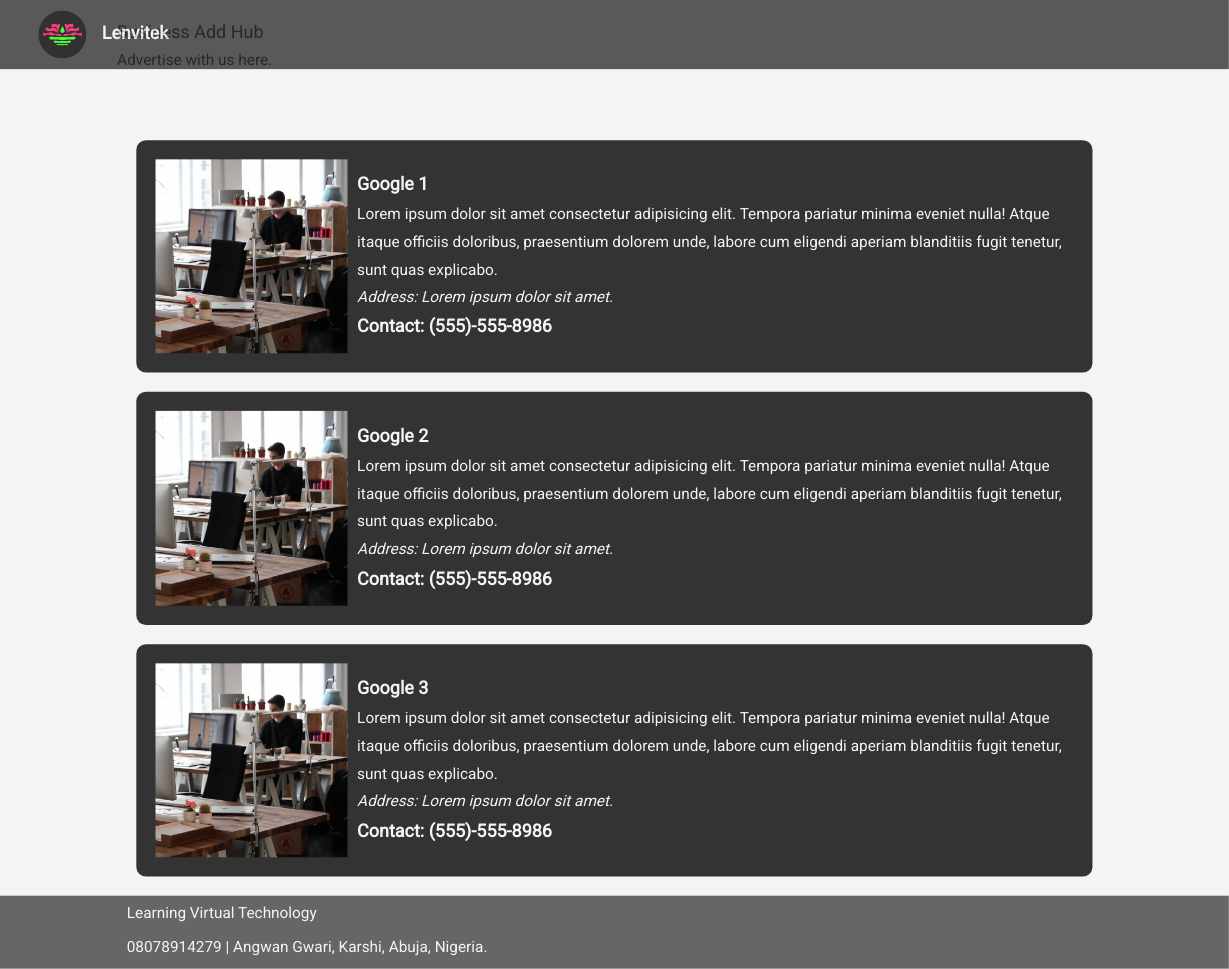
Repository: mxhdiqaim/lenviteck
Page: dist/businessAddHub.html
The author's editor kept a copy of each file at every save. The page is drawn from the files as they stood at one save, then again after the next save.
The browser window is 1280 px wide. The pictures show the whole page, at 96% of full size.
Some web libraries are served in a nearby version. The style sheet was rebuilt from its Sass, Less or Tailwind sources for each picture, by a compiler version that may differ from the author's.

Above is the page before, as saved 2021-05-07 16:11:53.

After the next save:
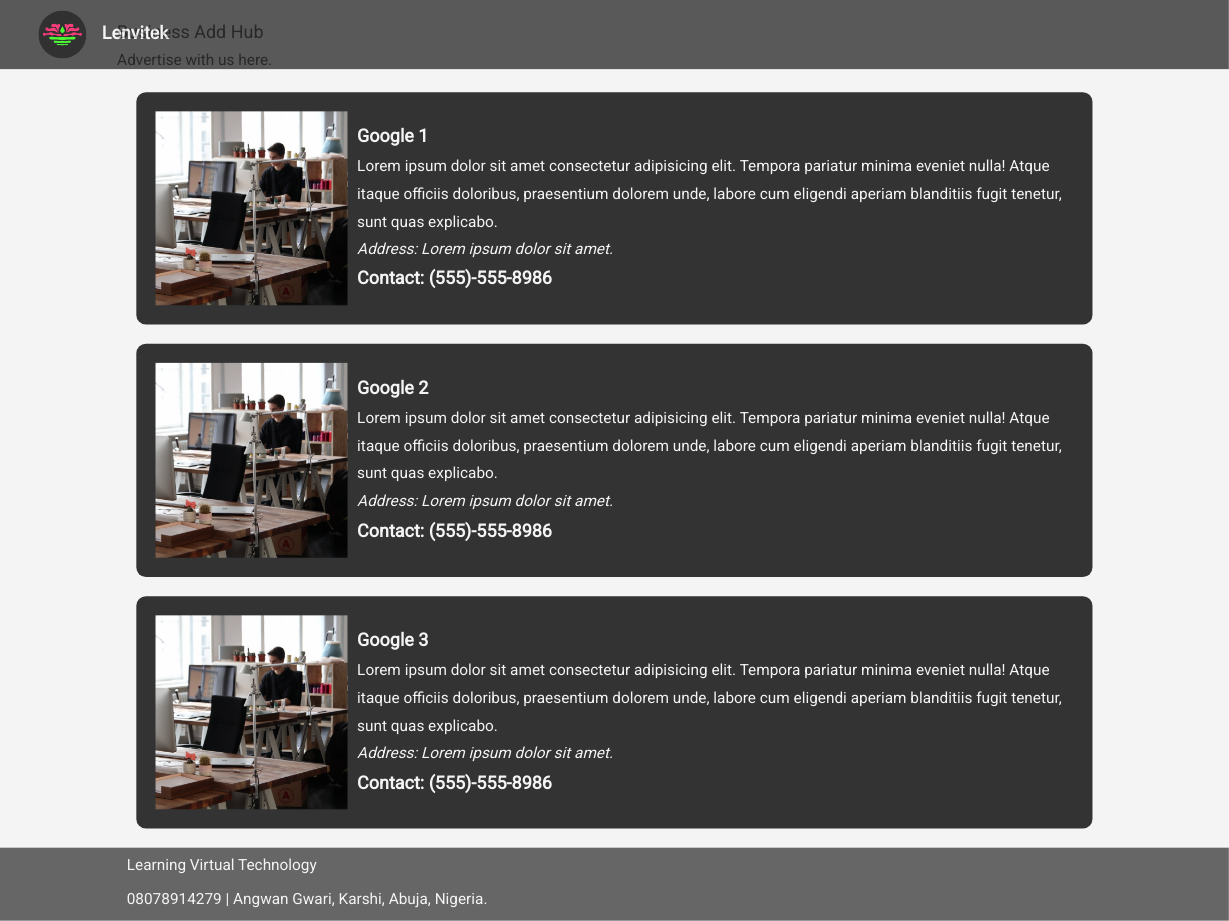
Saved 11 s later.
--- a/dist/styles/main.scss
+++ b/dist/styles/main.scss
@@ -356,6 +356,6 @@
   // margin: 10px auto;
   border-radius: 10px;
   // height: calc(100vh - 100px);
-  margin-top: 70px;
-
-}
+  // margin-top: 70px;
+
+}

After the save that followed:
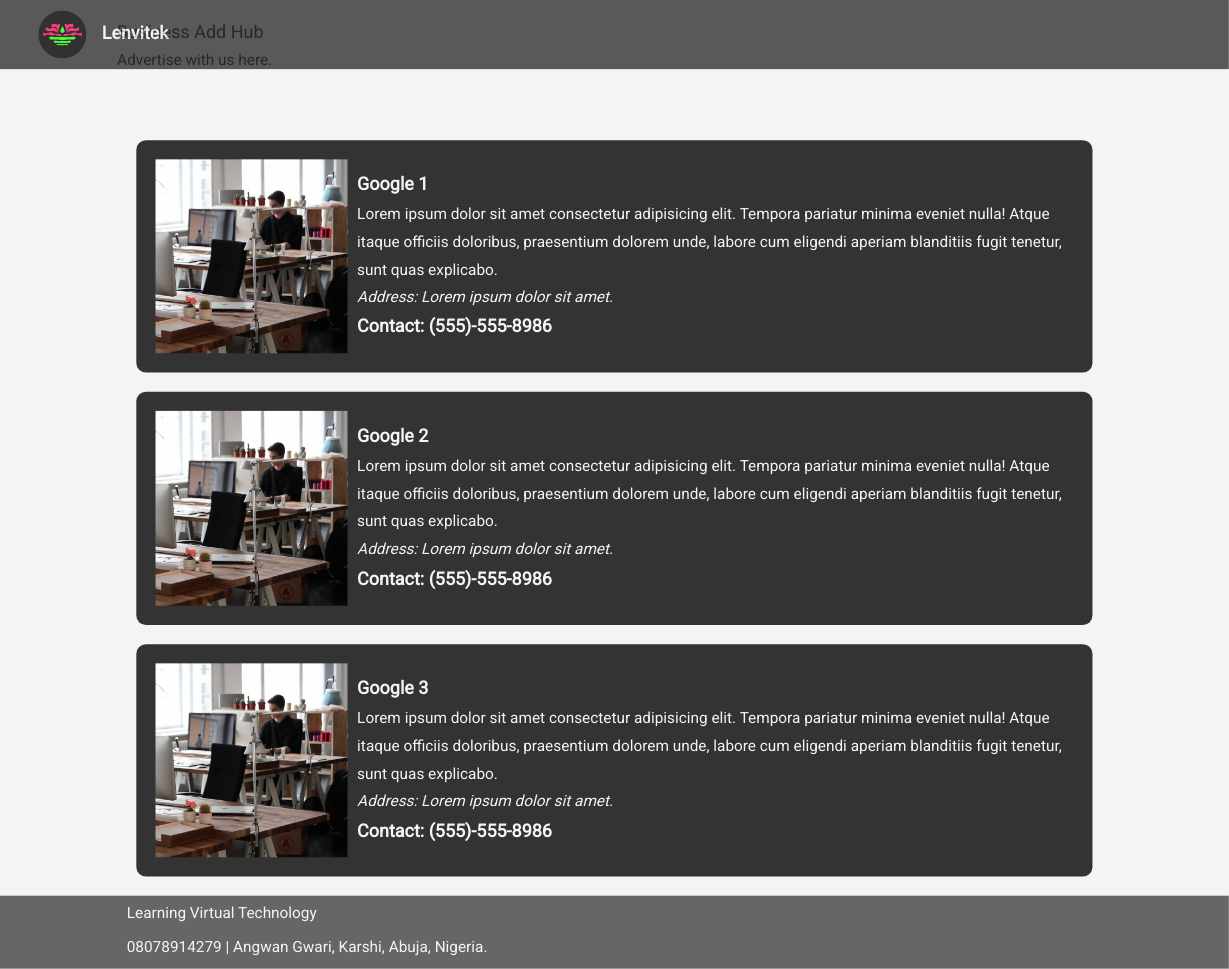
Saved 12 s later.
--- a/dist/styles/main.scss
+++ b/dist/styles/main.scss
@@ -356,6 +356,6 @@
   // margin: 10px auto;
   border-radius: 10px;
   // height: calc(100vh - 100px);
-  // margin-top: 70px;
-
-}
+  margin-top: 70px;
+
+}
